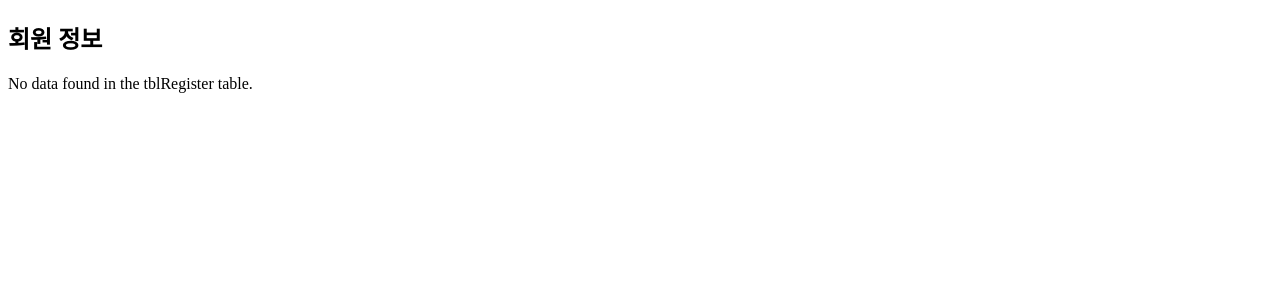
Repository: Hyosang56/Servlet
Page: http://localhost/JSPFirst240819/JSPEx/JSPDBEx/MysqlEx/MemberRegisEx/RegisterInformation.jsp
The author's editor kept a copy of each file at every save. The page is drawn from the files as they stood at one save, then again after the next save.
The browser window is 1280 px wide. The pictures show the whole page.
The page is served by Tomcat 10. Other server files are loaded and not shown. Queries for data that is not in the repository find no rows.

Above is the page before, as saved 2024-08-22 00:18:24.

### JSPFirst240819/src/main/webapp/JSPEx/JSPDBEx/MysqlEx/MemberRegisEx/RegisterInformation.jsp
<%@ page language="java" contentType="text/html; charset=UTF-8"
    pageEncoding="UTF-8"%>
<%@ page import = "java.sql.*" %>
<%@ page import="java.sql.*, java.util.*, java.util.List, java.util.ArrayList" %>
<%@ page import = "com.webdb.TblRegister" %>


<!DOCTYPE html>
<html>
<head>
<meta charset="UTF-8">
<title>Insert title here</title>
</head>
<body>
	<h2>회원 정보</h2>
    <%
        Connection conn = null;
        PreparedStatement pstmt = null;
        ResultSet rs = null;

        try {
            // JDBC 드라이버 로드
            Class.forName("com.mysql.cj.jdbc.Driver");

            // 데이터베이스 연결
            String jdbcUrl = "jdbc:mysql://localhost:3306/webdb?useSSL=false&serverTimezone=UTC";
            String dbUser = "root";
            String dbPass = "1234";
            conn = DriverManager.getConnection(jdbcUrl, dbUser, dbPass);

            // SQL 쿼리 작성 및 실행
            String sql = "SELECT * FROM tblRegister";
            pstmt = conn.prepareStatement(sql);
            rs = pstmt.executeQuery();

            if (!rs.next()) {
                out.println("No data found in the tblRegister table.<br>");
            }
            // 결과 처리
            List<TblRegister> registerList = new ArrayList<>();
            while (rs.next()) {
            	TblRegister register = new TblRegister();
                register.setId(rs.getString("id"));
                register.setPasswd(rs.getString("passwd"));
                register.setName(rs.getString("name"));
                register.setNum1(rs.getString("num1"));
                register.setNum2(rs.getString("num2"));
                register.setEmail(rs.getString("email"));
                register.setPhone(rs.getString("phone"));
                register.setZipcode(rs.getString("zipcode"));
                register.setAddress(rs.getString("address"));
                register.setJob(rs.getString("job"));

                registerList.add(register);
            }

            // 출력
            for (TblRegister reg : registerList) {
        if (reg != null) {
            out.println("<p>ID: " + reg.getId() + "</p>");
            out.println("<p>이름: " + reg.getName() + "</p>");
            out.println("<p>이메일: " + reg.getEmail() + "</p>");
            out.println("<p>전화번호: " + reg.getPhone() + "</p>");
            out.println("<p>주소: " + reg.getAddress() + "</p>");
            out.println("<p>직업: " + reg.getJob() + "</p>");
            out.println("<hr>");
        } else {
            out.println("RegisterBean object is null.<br>");
        }
    }
        } catch (Exception e) {
        	out.println("Error: " + e.getMessage() + "<br>");
            e.printStackTrace();
        } finally {
            if (rs != null) try { rs.close(); } catch (SQLException ignore) {}
            if (pstmt != null) try { pstmt.close(); } catch (SQLException ignore) {}
            if (conn != null) try { conn.close(); } catch (SQLException ignore) {}
        }
    %>
</body>
</html>

After the next save:
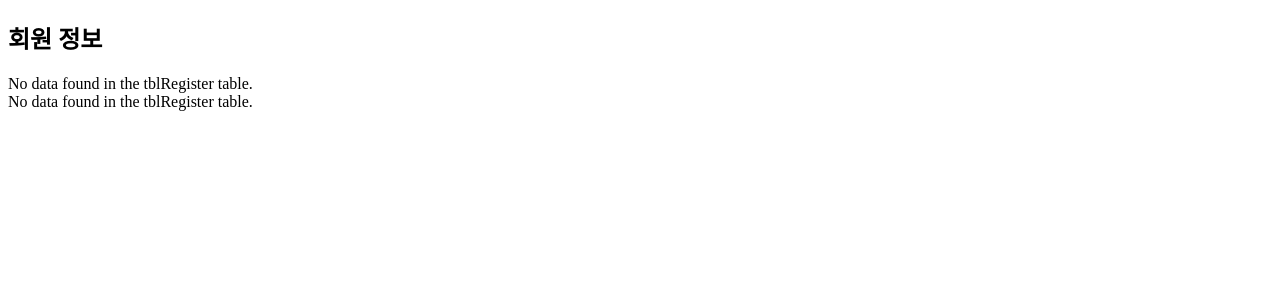
Saved 10 min 39 s later.
--- a/JSPFirst240819/src/main/webapp/JSPEx/JSPDBEx/MysqlEx/MemberRegisEx/RegisterInformation.jsp
+++ b/JSPFirst240819/src/main/webapp/JSPEx/JSPDBEx/MysqlEx/MemberRegisEx/RegisterInformation.jsp
@@ -55,19 +55,23 @@
             }
 
             // 출력
-            for (TblRegister reg : registerList) {
-        if (reg != null) {
-            out.println("<p>ID: " + reg.getId() + "</p>");
-            out.println("<p>이름: " + reg.getName() + "</p>");
-            out.println("<p>이메일: " + reg.getEmail() + "</p>");
-            out.println("<p>전화번호: " + reg.getPhone() + "</p>");
-            out.println("<p>주소: " + reg.getAddress() + "</p>");
-            out.println("<p>직업: " + reg.getJob() + "</p>");
-            out.println("<hr>");
-        } else {
-            out.println("RegisterBean object is null.<br>");
-        }
+            if (registerList.isEmpty()) {
+                out.println("No data found in the tblRegister table.<br>");
+            } else {
+           		for (TblRegister reg : registerList) {
+			        if (reg != null) {
+			            out.println("<p>ID: " + reg.getId() + "</p>");
+			            out.println("<p>이름: " + reg.getName() + "</p>");
+			            out.println("<p>이메일: " + reg.getEmail() + "</p>");
+			            out.println("<p>전화번호: " + reg.getPhone() + "</p>");
+			            out.println("<p>주소: " + reg.getAddress() + "</p>");
+			            out.println("<p>직업: " + reg.getJob() + "</p>");
+			            out.println("<hr>");
+			        } else {
+			            out.println("RegisterBean object is null.<br>");
+			        }
     }
+            }
         } catch (Exception e) {
         	out.println("Error: " + e.getMessage() + "<br>");
             e.printStackTrace();

After the save that followed:
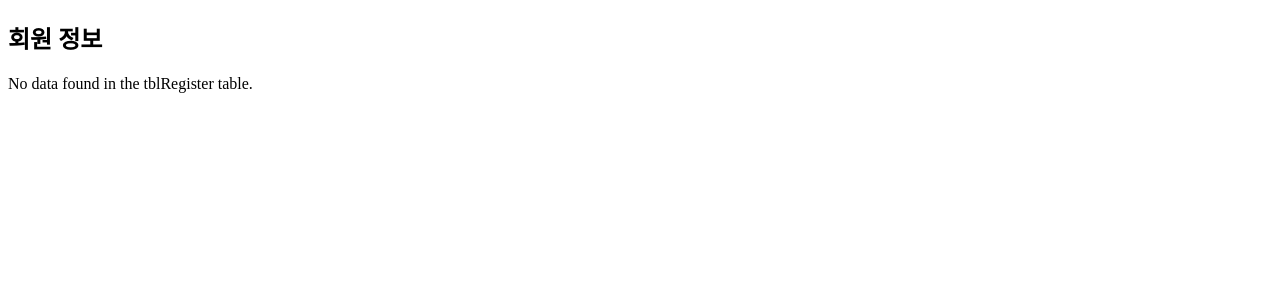
Saved 99 s later.
--- a/JSPFirst240819/src/main/webapp/JSPEx/JSPDBEx/MysqlEx/MemberRegisEx/RegisterInformation.jsp
+++ b/JSPFirst240819/src/main/webapp/JSPEx/JSPDBEx/MysqlEx/MemberRegisEx/RegisterInformation.jsp
@@ -52,12 +52,10 @@
                 register.setJob(rs.getString("job"));
 
                 registerList.add(register);
+                out.println(register.getId());
             }
 
             // 출력
-            if (registerList.isEmpty()) {
-                out.println("No data found in the tblRegister table.<br>");
-            } else {
            		for (TblRegister reg : registerList) {
 			        if (reg != null) {
 			            out.println("<p>ID: " + reg.getId() + "</p>");
@@ -71,7 +69,7 @@
 			            out.println("RegisterBean object is null.<br>");
 			        }
     }
-            }
+
         } catch (Exception e) {
         	out.println("Error: " + e.getMessage() + "<br>");
             e.printStackTrace();
